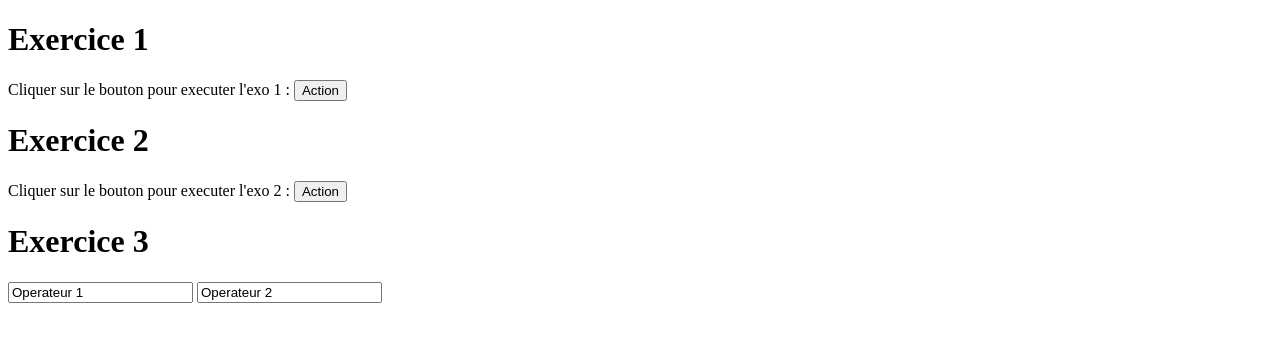
Repository: AgatheLM/formation_js
Page: insee-travaux-js/insee-client-js/exo1.html
An editor plug-in stored every save of this project. The page is shown before and after the next save, followed by the edit.
The browser window is 1280 px wide. The pictures show the whole page.

Above is the page before, as saved 2018-01-24 11:25:51.

After the next save:
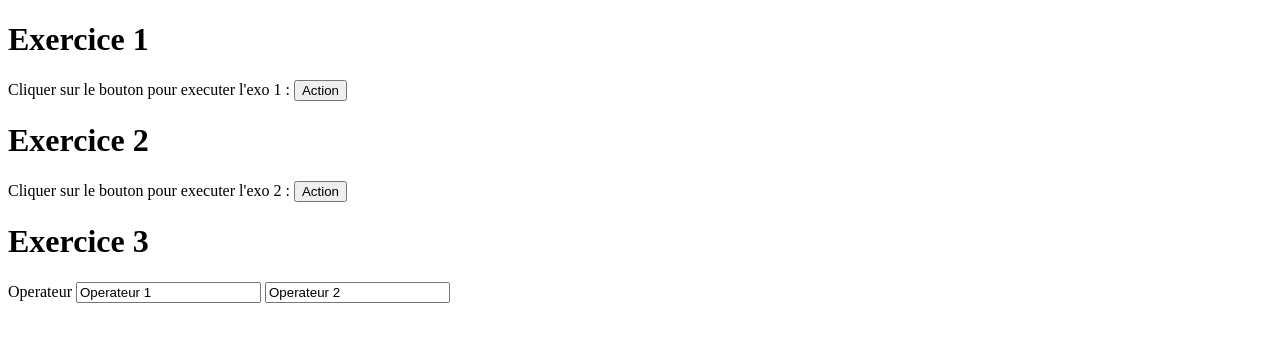
Saved 72 s later.
--- a/insee-travaux-js/insee-client-js/exo1.html
+++ b/insee-travaux-js/insee-client-js/exo1.html
@@ -23,6 +23,7 @@
 	<h1> Exercice 3 </h1>
 	<form action="">
 		<tr>
+			<td><label for="operateur" /> Operateur </td>
 			<td><input type="test" name="op1" id="op1" value="Operateur 1" /> </td>
 			<td><input type="test" name="op2" id="op2" value="Operateur 2" /> </td>
 		</tr>
